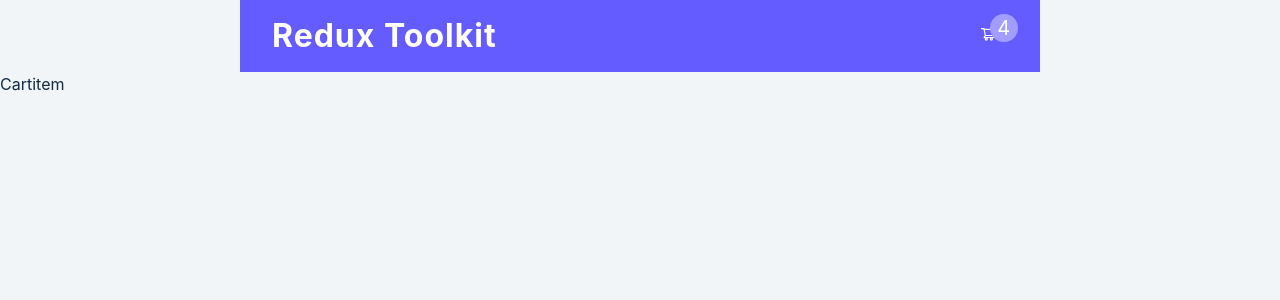
Repository: Nurlan-Bakenbaev/ReduxToolit
Page: /
The author's editor kept a copy of each file at every save. The page is drawn from the files as they stood at one save, then again after a run of saves.
The browser window is 1280 px wide. The pictures show the whole page.
The project was rebuilt for these pictures with package versions that can differ from the ones it lists, and the page was loaded fresh each time.

Above is the page before, as saved 2023-11-08 16:39:55.

### src/index.js
import React from "react";
import { createRoot } from "react-dom/client";
import "./index.css";
import App from "./App";
import store from "./redux/store";
import { Provider } from "react-redux";
const container = document.getElementById("root");
const root = createRoot(container);

root.render(
  <React.StrictMode>
    <Provider store={store}>
      <App />
    </Provider>
  </React.StrictMode>
);

### src/index.css
/*
===============
Variables
===============
*/

:root {
  --clr-primary: #645cff;
  --clr-primary-dark: #282566;
  --clr-primary-light: #a29dff;
  --clr-grey-1: #102a42;
  --clr-grey-5: #617d98;
  --clr-grey-10: #f1f5f8;
  --clr-white: #fff;
  --clr-red-dark: hsl(360, 67%, 44%);
  --clr-red-light: hsl(360, 71%, 66%);
  --transition: all 0.3s linear;
  --spacing: 0.25rem;
  --radius: 0.25rem;
  --large-screen-width: 1170px;
  --small-screen-width: 90vw;
  --fixed-width: 50rem;
}
* {
  margin: 0;
  padding: 0;
  box-sizing: border-box;
}
body {
  font-family: -apple-system, BlinkMacSystemFont, 'Segoe UI', Roboto, Oxygen,
    Ubuntu, Cantarell, 'Open Sans', 'Helvetica Neue', sans-serif;
  background: var(--clr-grey-10);
  color: var(--clr-grey-1);
  line-height: 1.5;
  font-size: 0.875rem;
}
a {
  text-decoration: none;
}
img {
  width: 100%;
  display: block;
}
h1,
h2,
h3,
h4 {
  letter-spacing: var(--spacing);
  text-transform: capitalize;
  line-height: 1.25;
  margin-bottom: 0.75rem;
}
h1 {
  font-size: 3rem;
}
h2 {
  font-size: 2rem;
}
h3 {
  font-size: 1.5rem;
}
h4 {
  font-size: 0.875rem;
}
p {
  margin-bottom: 1.25rem;
}
@media screen and (min-width: 800px) {
  h1 {
    font-size: 4rem;
  }
  h2 {
    font-size: 2.5rem;
  }
  h3 {
    font-size: 2rem;
  }
  h4 {
    font-size: 1rem;
  }
  body {
    font-size: 1rem;
  }
  h1,
  h2,
  h3,
  h4 {
    line-height: 1;
  }
}
/* more global css */

.btn {
  text-transform: uppercase;
  background: var(--clr-primary);
  color: var(--clr-white);
  padding: 0.375rem 0.75rem;
  letter-spacing: var(--spacing);
  display: inline-block;
  font-weight: 700;
  transition: var(--transition);
  font-size: 0.875rem;
  border: none;
  cursor: pointer;
  box-shadow: 0 1px 3px rgba(0, 0, 0, 0.2);
}
.btn:hover {
  color: var(--clr-primary);
  background: var(--clr-primary-light);
}

/*
===============
Navbar
===============
*/
.loading {
  text-align: center;
  margin-top: 5rem;
}
nav {
  background: var(--clr-primary);
  padding: 1.25rem 2rem;
}
.nav-center {
  max-width: var(--fixed-width);
  width: 100%;
  margin: 0 auto;
  display: flex;
  justify-content: space-between;
  align-items: center;
}
nav h3 {
  margin-bottom: 0;
  letter-spacing: 1px;
  color: var(--clr-white);
}
.nav-container {
  display: block;
  position: relative;
}

nav svg {
  width: 40px;
  color: var(--clr-white);
}
.amount-container {
  position: absolute;
  top: -0.6rem;
  right: -0.6rem;
  width: 1.75rem;
  height: 1.75rem;
  border-radius: 50%;
  background: var(--clr-primary-light);
  display: flex;
  align-items: center;
  justify-content: center;
}
.total-amount {
  color: var(--clr-white);
  margin-bottom: 0;
  font-size: 1.25rem;
}
/*
===============
Cart
===============
*/
.cart {
  min-height: calc(100vh - 120px);
  width: 90vw;
  margin: 0 auto;
  margin-top: 40px;
  padding: 2.5rem 0;
  max-width: var(--fixed-width);
}
.cart h2 {
  text-transform: uppercase;
  text-align: center;
  margin-bottom: 3rem;
}
.empty-cart {
  text-transform: lowercase;
  color: var(--clr-grey-5);
  margin-top: 1rem;
  text-align: center;
}
.cart footer {
  margin-top: 4rem;
  text-align: center;
}
.cart-total h4 {
  text-transform: capitalize;
  display: flex;
  justify-content: space-between;
  margin-top: 1rem;
}
.clear-btn,
.confirm-btn {
  background: transparent;
  padding: 0.5rem 1rem;
  color: var(--clr-red-dark);
  border: 1px solid var(--clr-red-dark);
  margin-top: 2.25rem;
  border-radius: var(--radius);
}
.clear-btn:hover {
  background: var(--clr-red-light);
  color: var(--clr-red-dark);
  border-color: var(--clr-red-light);
}
.confirm-btn {
  border-color: var(--clr-primary);
  color: var(--clr-primary);
}
/*
===============
Cart Item
===============
*/
.cart-item {
  display: grid;
  align-items: center;
  grid-template-columns: auto 1fr auto;
  grid-column-gap: 1.5rem;
  margin: 1.5rem 0;
}
.cart-item img {
  width: 5rem;
  height: 5rem;
  object-fit: cover;
}
.cart-item h4 {
  margin-bottom: 0.5rem;
  font-weight: 500;
  letter-spacing: 2px;
}
.item-price {
  color: var(--clr-grey-5);
}
.remove-btn {
  color: var(--clr-primary);
  letter-spacing: var(--spacing);
  cursor: pointer;
  font-size: 0.85rem;
  background: transparent;
  border: none;
  margin-top: 0.375rem;
  transition: var(--transition);
}
.remove-btn:hover {
  color: var(--clr-primary-light);
}
.amount-btn {
  width: 24px;
  background: transparent;
  border: none;
  cursor: pointer;
}
.amount-btn svg {
  color: var(--clr-primary);
}
.amount-btn:hover svg {
  color: var(--clr-primary-light);
}
.amount {
  text-align: center;
  margin-bottom: 0;
  font-size: 1.25rem;
  line-height: 1;
}
hr {
  background: var(--clr-grey-5);
  border-color: transparent;
  border-width: 0.25px;
}

.modal-container {
  position: fixed;
  top: 0;
  left: 0;
  width: 100%;
  height: 100%;
  background: rgba(0, 0, 0, 0.7);
  z-index: 10;
  display: flex;
  align-items: center;
  justify-content: center;
}

.modal {
  background: var(--clr-white);
  width: 80vw;
  max-width: 400px;
  border-radius: var(--radius);
  padding: 2rem 1rem;
  text-align: center;
}
.modal h4 {
  margin-bottom: 0;
  line-height: 1.5;
}
.modal .clear-btn,
.modal .confirm-btn {
  margin-top: 1rem;
}
.btn-container {
  display: flex;
  justify-content: space-around;
}

### src/App.js
import React from "react";
import Navbar from "./components/Navbar";
import CartContainer from "./components/CartContainer";
function App() {
  return (
    <div>
      <Navbar />
      <CartContainer />
    </div>
  );
}
export default App;

### src/redux/store.js
import { configureStore } from "@reduxjs/toolkit";
import cartReducer from "./features/cartSlice";
const store = configureStore({
  reducer: {
    cart: cartReducer },
});
export default store;

### src/components/Navbar.js
import React from "react";
import { AiOutlineShoppingCart } from "react-icons/ai";
import { useSelector } from "react-redux";
const Navbar = () => {
  const { amount } = useSelector((store) => store.cart);
  console.log(useSelector((store) => store.cart[0]));
  return (
    <nav className="nav-center">
      <h3> Redux Toolkit</h3>
      <div className="nav-container">
        <AiOutlineShoppingCart />
        <div className="amount-container">
          <p className="total-amount">{amount}</p>
        </div>
      </div>
    </nav>
  );
};
export default Navbar;

### src/components/CartContainer.js
import React from "react";
import Cartitem from "./Cartitem";
import { useSelector } from "react-redux";

const CartContainer = () => {
  const { cartitem, total, amount } = useSelector((state) => state.cart);
  if (amount < 1) {
    return (
      <section className="cart">
        <header>
          <h2>Your Bag </h2>
          <h4 className="empty-cart">is currently empty</h4>
        </header>
      </section>
    );
  }
  return (
    <div>
      <Cartitem />
    </div>
  );
};

export default CartContainer;

### src/redux/features/cartSlice.js
import { createSlice } from "@reduxjs/toolkit";
import cartItems from "../../cartItems";
const initialState = {
  cartItems: cartItems,
  amount: 4,
  total: 0,
  isLoading: true,
};
const cartSlice = createSlice({
  name: "cart",
  initialState,
});
export default cartSlice.reducer;

### src/components/Cartitem.js
import React from 'react'

 const Cartitem = () => {
  return (
    <div>Cartitem</div>
  )
}
export default Cartitem

### src/cartItems.js
const cartItems = [
  {
    id: 'rec1JZlfCIBOPdcT2',
    title: 'Samsung Galaxy S8',
    price: '399.99',
    img: 'https://images2.imgbox.com/c2/14/zedmXgs6_o.png',
    amount: 1,
  },
  {
    id: 'recB6qcHPxb62YJ75',
    title: 'google pixel',
    price: '499.99',
    img: 'https://images2.imgbox.com/fb/3d/O4TPmhlt_o.png',
    amount: 1,
  },
  {
    id: 'recdRxBsE14Rr2VuJ',
    title: 'Xiaomi Redmi Note 2',
    price: '699.99',
    img: 'https://images2.imgbox.com/4f/3d/WN3GvciF_o.png',
    amount: 1,
  },
  {
    id: 'recwTo160XST3PIoW',
    title: 'Samsung Galaxy S7',
    price: '599.99 ',
    img: 'https://images2.imgbox.com/2e/7c/yFsJ4Zkb_o.png',
    amount: 1,
  },
];
export default cartItems;

Loaded but not shown: public/index.html (common file)

After the next 3 saves:
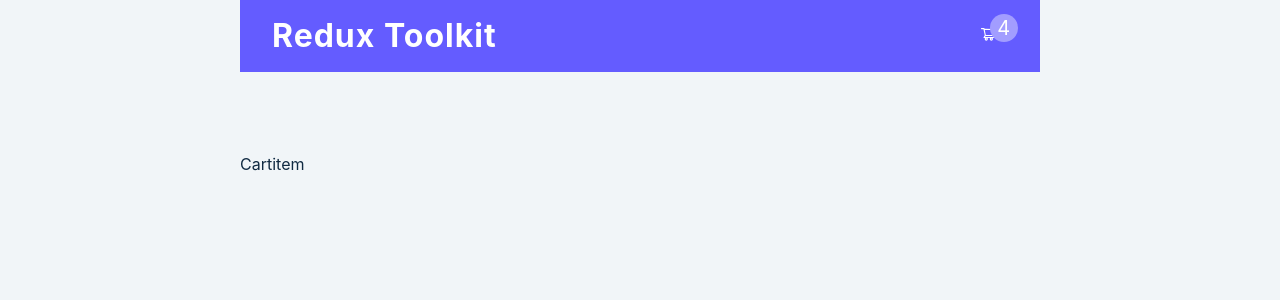
The 3 saves are shown as one change because they came seconds apart.
The last was saved 11 s later.
--- a/src/components/CartContainer.js
+++ b/src/components/CartContainer.js
@@ -15,9 +15,9 @@
     );
   }
   return (
-    <div>
+    <section className="cart">
       <Cartitem />
-    </div>
+    </section>
   );
 };
 
